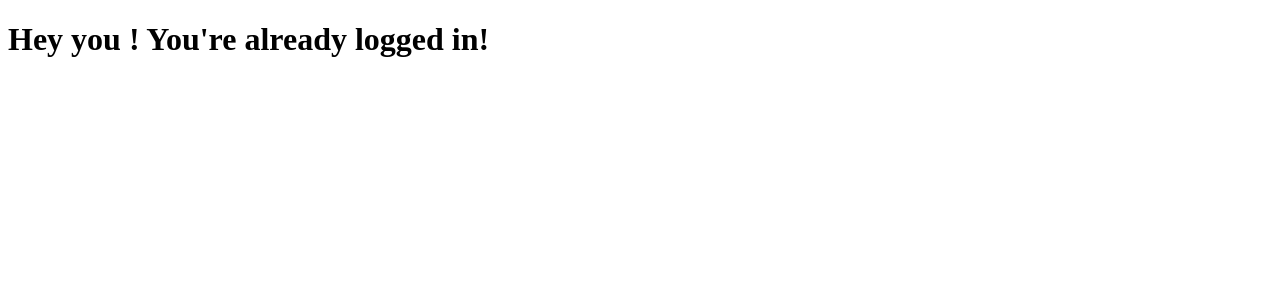
Repository: claudesedillo/WEBAPDE-MP2
Page: http://localhost/WEBAPDE-MP2Q/alreadyLogged.jsp
These files come from the project's save history. The page is drawn as it stood at one moment and after the next save; the edit follows.
The browser window is 1280 px wide. The pictures show the whole page.
The page is served by Tomcat 9.

Above is the page before, as saved 2017-07-26 14:59:33.

After the next save:
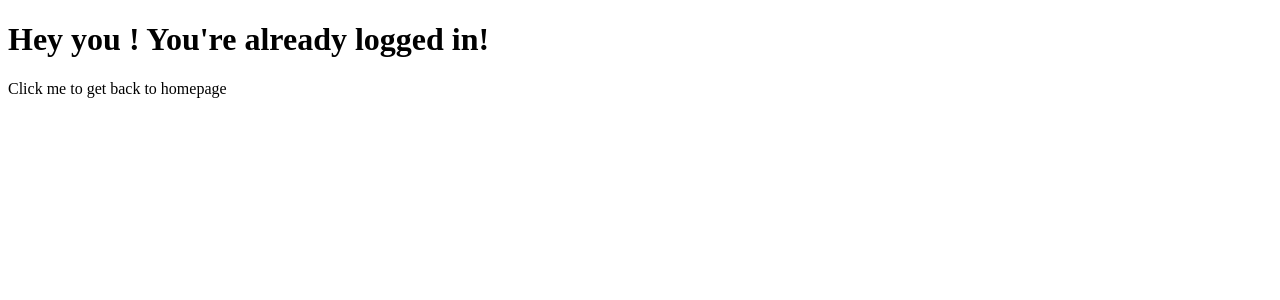
Saved 9 s later.
--- a/MP2 Workplace/WEBAPDE-MP2Q/WebContent/alreadyLogged.jsp
+++ b/MP2 Workplace/WEBAPDE-MP2Q/WebContent/alreadyLogged.jsp
@@ -8,6 +8,6 @@
 </head>
 <body>
 	<h1>Hey you ${sessionScope.un}! You're already logged in!</h1>
-	<a></a>
+	<a>Click me to get back to homepage</a>
 </body>
 </html>
